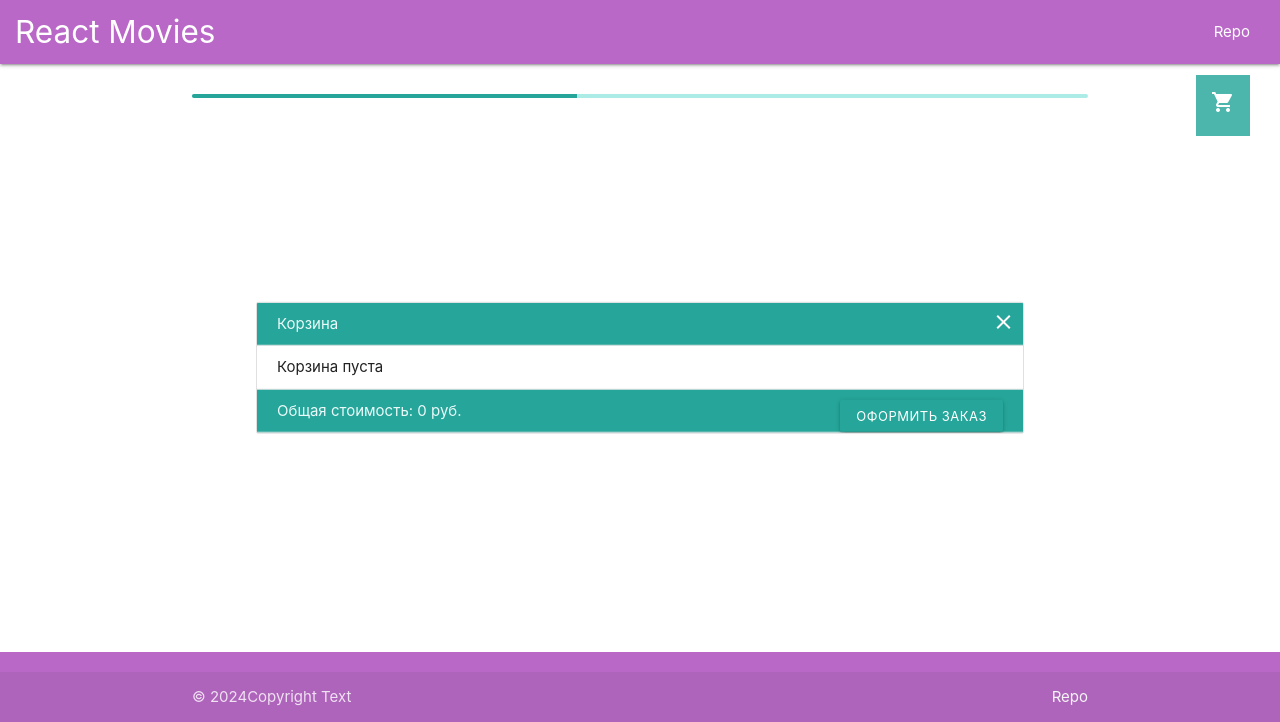
Repository: iveivs/mNepRe
Page: / (app in vitrina/), after clicking the first element matching `div.cart`
The author's editor kept a copy of each file at every save. The page is drawn from the files as they stood at one save, then again after a run of saves.
The browser window is 1280 px wide. The pictures show the whole page.
The page's requests for data from a server got no answer. The project was rebuilt for these pictures with package versions that can differ from the ones it lists, and the page was loaded fresh each time. No one was signed in, and anything a server would have sent is missing. Also part of the build but not shown: vitrina/src/components/GoodsItem.jsx, vitrina/src/components/GoodsList.jsx, vitrina/src/components/BasketItem.jsx.

Above is the page before, as saved 2024-01-27 18:07:54.

### vitrina/public/index.html
<!DOCTYPE html>
<html lang="en">
  <head>
    <meta charset="utf-8" />
    <link rel="icon" href="%PUBLIC_URL%/favicon.ico" />
    <meta name="viewport" content="width=device-width, initial-scale=1" />
    <meta name="theme-color" content="#000000" />
    <meta
      name="description"
      content="React shop"
    />
    <link rel="apple-touch-icon" href="%PUBLIC_URL%/logo192.png" />

    <link rel="manifest" href="%PUBLIC_URL%/manifest.json" />

    <title>React shop</title>
    <link rel="stylesheet" href="https://cdnjs.cloudflare.com/ajax/libs/materialize/1.0.0/css/materialize.min.css">
    <link href="https://fonts.googleapis.com/icon?family=Material+Icons" rel="stylesheet">
  </head>
  <body>
    <noscript>You need to enable JavaScript to run this app.</noscript>
    <div id="root"></div>

  </body>
</html>

### vitrina/src/index.js
import React from 'react';
import ReactDOM from 'react-dom/client';
import App from './App';
import "./index.css"


const root = ReactDOM.createRoot(document.getElementById('root'));
root.render(
  <React.StrictMode>
    <App />
  </React.StrictMode>
);

### vitrina/src/App.js
import { Header } from "./components/Header";
import { Footer } from "./components/Footer";
import { Shop } from "./components/Shop";

function App() {
  return (
    <>
    <Header />
    <Shop  />
    <Footer />
    </>
  );
}

export default App;

### vitrina/src/index.css
body {
  margin: 0;
  font-family: -apple-system, BlinkMacSystemFont, 'Segoe UI', 'Roboto', 'Oxygen',
    'Ubuntu', 'Cantarell', 'Fira Sans', 'Droid Sans', 'Helvetica Neue',
    sans-serif;
  -webkit-font-smoothing: antialiased;
  -moz-osx-font-smoothing: grayscale;
}

nav {
  padding: 0 1rem;
}
.content {
  min-height: calc(100vh - 70px - 62px);
  padding: 1.5rem 0;
}
.goods {
  display: grid;
  grid-template-columns: repeat(auto-fill, minmax(250px, 1fr));
  gap: 1rem;
}
.card {
  display: flex;
  flex-direction: column;

}
.card-content {
  flex-grow: 1;
}
.cart {
  position: fixed;
  bottom: 2rem;
  right: 2rem;


  cursor: pointer;
  z-index: 5;
  padding: 1rem;
}
@media (min-width: 767px) {
  .cart {
    top: 5rem;
    bottom: unset;
  }
}
/* .cart-quantity {

} */

.basket-list {
  position: fixed;
  top: 50%;
  left: 50%;
  transform: translate(-50%, -50%);

  background-color: #fff;
  width: 1rem;
  min-width: 60%;

  animation: show 600ms ease-in-out;
}

.basket-close {
  cursor: pointer;
  position: absolute;
  top: 0.5rem;
  right: 0.5rem;

  color: #fff;
}
.basket-delete {
  cursor: pointer;
}

@keyframes show {
  from {
    top: 70%;
    opacity: 0;
  }
  to {
    top: 50%;
    opacity: 1;
  }
}

.basket-quantity {
  cursor: pointer;
  vertical-align: middle;
  color: #26a69a;
}

### vitrina/src/components/Header.jsx
function Header() {
    return (
        <nav className="purple lighten-2">
            <div className="nav-wrapper">
                <a href="#" className="brand-logo">
                    React Movies
                </a>
                <ul id="nav-mobile" className="right hide-on-med-and-down">
                    <li>
                        <a href="#">Repo</a>
                    </li>

                </ul>
            </div>
        </nav>
    );
}
export { Header };

### vitrina/src/components/Footer.jsx
function Footer() {
    return (
        <footer className="page-footer purple lighten-2">
            <div className="footer-copyright">
                <div className="container">
                    © {new Date().getFullYear()}Copyright Text
                    <a className="grey-text text-lighten-4 right" href="#!">
                        Repo
                    </a>
                </div>
            </div>
        </footer>
    );
}
export { Footer };

### vitrina/src/components/Shop.jsx
import { useState, useEffect } from "react"
import { API_KEY, API_URL } from "../config"
import { Preloader } from "./Preloader"
import { GoodsList } from "./GoodsList"
import { Cart } from "./Cart"
import { BasketList } from "./BasketList"

function Shop() {
    const[goods, setGoods] = useState([])
    const[loading, setLoading] = useState(true)
    const [order, setOrder] = useState([])
    const [isBasketShow, setBasketShow] = useState(false)


    // в функцию получаем объект с id назаванием и ценой
    const addToBasket = (item)=> {
        // проверяем есть ли уже в текущем стейте заказа этот текущий заказ,
        // чтоб не создавать новый
        const itemIndex = order.findIndex(
            (orderItem) => orderItem.mainId === item.mainId)

        // если нет, то добавляем просто новый объект
        if(itemIndex < 0) {
            const newItem = {
                ...item,
                quantity: 1,
            }
            setOrder([...order, newItem])
        }else {
            // если ранее уже был добавлен, то ищем его позицию
            const newOrder = order.map((orderItem, index) => {
                if(index === itemIndex) {
                    return {
                        ...orderItem,
                        quantity: orderItem.quantity + 1
                    }

                } else {
                    return orderItem
                }
            })
            setOrder(newOrder)
        }
        console.log(order);

    }

    const removeFromBasket = (itemID) => {
        const newOrder = order.filter((el) => el.mainId !== itemID)
        setOrder(newOrder)
    }

    const incrQuantity = (itemID) => {
        const newOrder = order.map((el) => {
            if (el.mainId === itemID) {
                const newQuantity = el.quantity + 1;
                return {
                    ...el,
                    quantity: newQuantity,
                };
            } else {
                return el;
            }
        });
        setOrder(newOrder)
    };

    const decrQuantity = (itemID) => {
        const newOrder = order.map((el) => {
            if (el.mainId === itemID) {
                const newQuantity = el.quantity - 1;
                return {
                    ...el,
                    quantity: newQuantity >= 0 ? newQuantity : 0,
                };
            } else {
                return el;
            }
        });
        setOrder(newOrder)
    }

    const handleBasketShow = () => {
        setBasketShow(!isBasketShow)
    }

    useEffect(function getGoods() {
        fetch(API_URL, {
            headers: {
                Authorization: API_KEY,
            }
        }).then(response => response.json())
        .then(data => {
            data.shop && setGoods(data.shop)
            setLoading(false)
        })
    },[])


    return <main className="container content">
        <Cart quantity={order.length} handleBasketShow={handleBasketShow} />
        {loading ? <Preloader /> : <GoodsList addToBasket={addToBasket} goods={goods} />}
        {
            isBasketShow && <BasketList
                order={order}
                handleBasketShow={handleBasketShow}
                removeFromBasket={removeFromBasket}
                incrQuantity={incrQuantity}
                decrQuantity={decrQuantity}
                 />
        }
    </main>
}
export { Shop }

### vitrina/src/config.js
const API_KEY = process.env.REACT_APP_API_KEY

const API_URL = 'https://fortniteapi.io/v2/shop?lang=en'

export {
    API_KEY,
    API_URL,
}

### vitrina/src/components/Preloader.jsx
function Preloader() {
    return <div className="progress">
    <div className="indeterminate"></div>
</div>
}
export {Preloader}

### vitrina/src/components/Cart.jsx
function Cart(props) {
    const {quantity = 0, handleBasketShow = Function.prototype} = props
    return <div className="cart teal lighten-2 white-text" onClick={handleBasketShow}>
        <i className="material-icons">shopping_cart</i>
        {quantity ? <span className='cart-quantity'>{quantity}</span> : null}
    </div>
}
export {Cart}

### vitrina/src/components/BasketList.jsx
import { BasketItem } from "./BasketItem"
function BasketList (props) {
    const {order = [],
        handleBasketShow = Function.prototype,
        removeFromBasket = Function.prototype,
        incrQuantity = Function.prototype,
        decrQuantity = Function.prototype,
    } = props

    const totalPrice = order.reduce((sum, el) => {
        return sum + el.regularPrice * el.quantity
    }, 0)
    return (
        <ul className="collection basket-list">
        <li className="collection-item active">Корзина</li>
            {
                order.length ? order.map(item => (
                    <BasketItem
                        key={item.id}
                        {...item}
                        removeFromBasket={removeFromBasket}
                        incrQuantity={incrQuantity}
                        decrQuantity={decrQuantity}
                    />
                )) : <li className="collection-item"> Корзина пуста</li>
            }
        <li className="collection-item active">Общая стоимость: {totalPrice} руб.
            <button className="secondary-content btn-small">Оформить заказ</button>
        </li>
        <i className="material-icons basket-close" onClick={handleBasketShow}>close</i>
    </ul>
    )
}
export {BasketList}

After the next 3 saves:
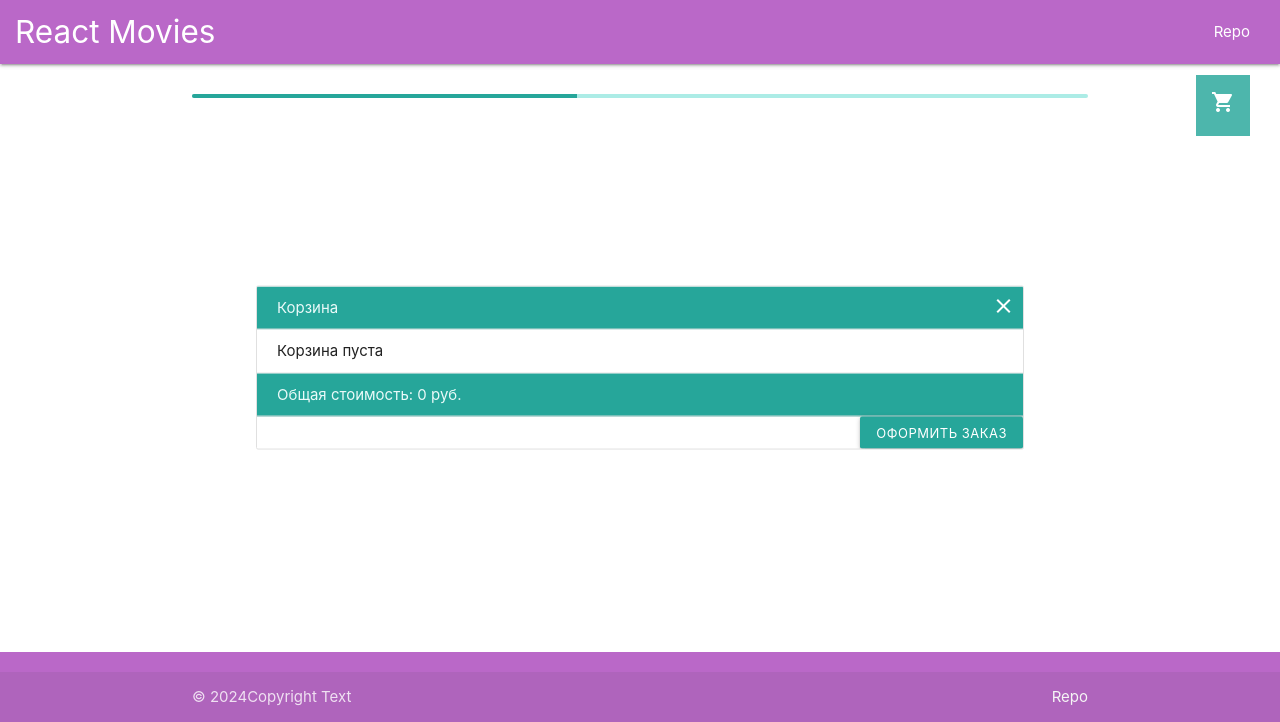
The 3 saves are shown as one change because they came seconds apart.
The last was saved 49 s later.
--- a/vitrina/src/components/BasketList.jsx
+++ b/vitrina/src/components/BasketList.jsx
@@ -24,9 +24,8 @@ function BasketList (props) {
                     />
                 )) : <li className="collection-item"> Корзина пуста</li>
             }
-        <li className="collection-item active">Общая стоимость: {totalPrice} руб.
-            <button className="secondary-content btn-small">Оформить заказ</button>
-        </li>
+        <li className="collection-item active">Общая стоимость: {totalPrice} руб.</li>
+        <button className="secondary-content btn-small">Оформить заказ</button>
         <i className="material-icons basket-close" onClick={handleBasketShow}>close</i>
     </ul>
     )
